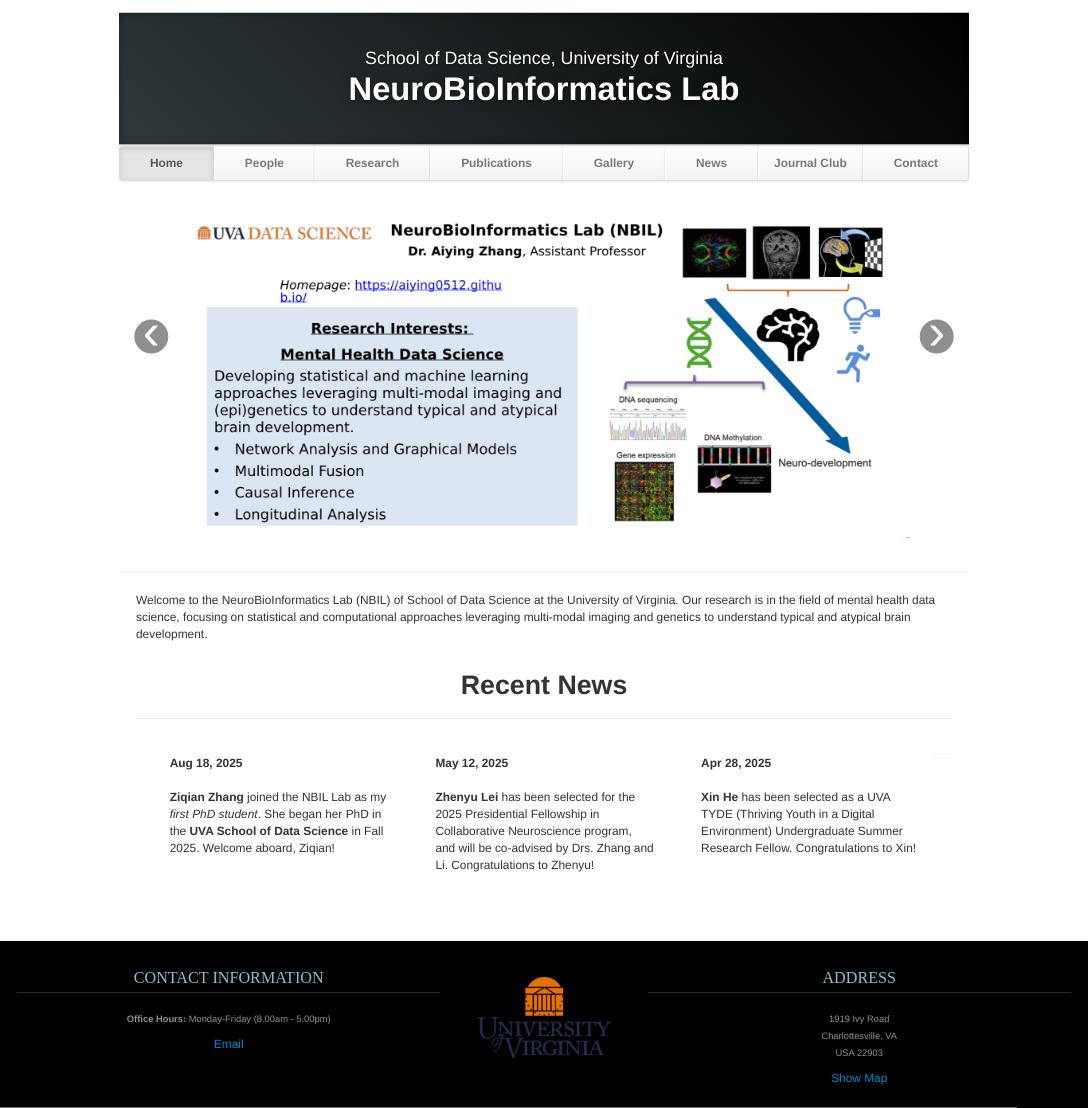
Repository: nbillab/nbillab.io
Page: index.html
The author's editor kept a copy of each file at every save. The page is drawn from the files as they stood at one save, then again after the next save.
The browser window is 1280 px wide. The pictures show the whole page, at 85% of full size.

Above is the page before, as saved 2025-09-01 12:51:55.

### index.html
<!DOCTYPE html>
<html lang="en">
   <head>
      <meta charset="utf-8">
      <title>NeuroBioInformatics Lab</title>
      <meta name="viewport" content="width=device-width, initial-scale=1.0">
      <meta name="description" content="Research Lab, Home, Velit Aliquet Sagittis University">
      <meta name="author" content="">
      <!-- Le styles -->
      <link href="css/bootstrap.min.css" rel="stylesheet">
      <link href="css/bootstrap-responsive.min.css" rel="stylesheet">
      <link href="css/theme.css" rel="stylesheet">
   </head>
   <body>
      <div class="container">
         <header class="jumbotron subhead" id="overview">
            <p class="lead"> School of Data Science, University of Virginia </p>
            <h1>NeuroBioInformatics Lab</h1>
         </header>
         <div class="masthead">
            <div class="navbar">
               <div class="navbar-inner">
                  <div class="container">
                     <ul class="nav">
                        <li class="active"><a href="#">Home</a></li>
                        <li><a href="people.html">People</a></li>
                        <li><a href="research.html">Research</a></li>
                        <li><a href="publications.html">Publications</a></li>
                        <li><a href="gallery.html">Gallery</a></li>
                        <li><a href="news.html">News</a></li>
                        <li><a href="journalclub.html">Journal Club</a></li>
                        <li><a href="contact.html">Contact</a></li>
                     </ul>
                  </div>
               </div>
            </div>
         </div>
         <div class="row-fluid">
            <div class="span12">
               <div id="main-carousel" class="carousel slide">
                  <div class="carousel-inner">
                     <div class="item active">
                        <img src="images/lab_intro.png" class="carousel-image" alt="Lab Introduction" style="width: 100%; max-height: 400px; object-fit: contain;">
                     </div>
                     <div class="item">
                        <img src="images/IBrain_GNN.png" class="carousel-image" alt="Lab Gathering" style="width: 100%; max-height: 400px; object-fit: contain;">
                     </div>
                  </div>
                  <a class="left carousel-control" href="#main-carousel" data-slide="prev">‹</a>
                  <a class="right carousel-control" href="#main-carousel" data-slide="next">›</a>
               </div>
            </div>
         </div>
         <hr>
         <div class="container-fluid">
            <div class="row-fluid marketing">
               <div class="span12">
                  <p>
   Welcome to the NeuroBioInformatics Lab (NBIL) of School of Data Science at the University of Virginia.
   Our research is in the field of mental health data science, focusing on statistical and computational
   approaches leveraging multi-modal imaging and genetics to understand typical and atypical brain development.
                  </p>
                  <br/>
               </div>
               <div class="row-fluid">
                  <hr>
                  <h2 class="centered">Recent News</h2>
                  <hr>
               </div>
               <div class="span4 feature-item">
                  <h5><span class="date">Aug 18, 2025</span></h5>
                  <p><strong>Ziqian Zhang</strong> joined the NBIL Lab as my <em>first PhD student</em>. She began her PhD in the <strong>UVA School of Data Science</strong> in Fall 2025. Welcome aboard, Ziqian!</p>
                  <br/>
               </div>
               <div class="span4 feature-item">
                  <h5><span class="date">May 12, 2025</span></h5>
                  <p><strong>Zhenyu Lei</strong> has been selected for the 2025 Presidential Fellowship in Collaborative Neuroscience program, and will be co-advised by Drs. Zhang and Li. Congratulations to Zhenyu!</p>
                  <br/>
               </div>
               <div class="span4 feature-item">
                  <h5><span class="date">Apr 28, 2025</span></h5>
                  <p><strong>Xin He</strong> has been selected as a UVA TYDE (Thriving Youth in a Digital Environment) Undergraduate Summer Research Fellow. Congratulations to Xin!</p>
                  <br/>
               </div>

               <hr>
            </div>
            <div class="row-fluid">
               <!-- Additional news items can be added here if needed -->
            </div>
         </div>
      </div>
      <footer id="footer">
         <div class="container-fluid">
            <div class="row-fluid">
               <div class="span5">
                  <h3>Contact Information</h3>
                  <p><b>Office Hours: </b>Monday-Friday (8.00am - 5.00pm)</p>
                  <a href="mailto:xsa5db@virginia.edu">Email</a>
               </div>
               <div class="span2">
                  <a href="https://datascience.virginia.edu/"><img src = "images/UVA.png" alt="research-lab-logo"/></a>
               </div>
               <div class="span5">
                  <h3>Address</h3>
                  <p>1919 Ivy Road<br>
                     Charlottesville, VA<br>
                     USA 22903
                  </p>
                  <a href="http://maps.google.com/">Show Map</a>
               </div>
            </div>
         </div>
      </footer>

      <!-- Javascript files -->
      <script src="js/jquery-1.9.1.min.js"></script>
      <script src="js/bootstrap.min.js"></script>
   </body>
</html>

### css/theme.css
body {
	padding-top: 15px;
	padding-bottom: 0px;
}


/* Custom container */

.container {
	margin: 0 auto;
	max-width: 1000px;
}

.container>hr {
	margin: 20px 0
}


/* Customize the navbar links to be fill the entire space of the .navbar */

.navbar .navbar-inner {
	padding: 0
}

.navbar .nav {
	margin: 0;
	display: table;
	width: 100%;
}

.navbar .nav li {
	display: table-cell;
	width: 1%;
	float: none;
}

.navbar .nav li a {
	font-weight: bold;
	text-align: center;
	border-left: 1px solid rgba(255, 255, 255, .75);
	border-right: 1px solid rgba(0, 0, 0, .1);
}

.navbar .nav li:first-child a {
	border-left: 0;
	border-radius: 3px 0 0 3px;
}

.navbar .nav li:last-child a {
	border-right: 0;
	border-radius: 0 3px 3px 0;
}

body>.navbar {
	font-size: 13px
}


/* Change the docs' brand */

body>.navbar .brand {
	padding-right: 0;
	padding-left: 0;
	margin-left: 20px;
	float: right;
	font-weight: bold;
	color: #000;
	text-shadow: 0 1px 0 rgba(255, 255, 255, .1), 0 0 30px rgba(255, 255, 255, .125);
	-webkit-transition: all .2s linear;
	-moz-transition: all .2s linear;
	transition: all .2s linear;
}

body>.navbar .brand:hover {
	text-decoration: none;
	text-shadow: 0 1px 0 rgba(255, 255, 255, .1), 0 0 30px rgba(255, 255, 255, .4);
}


/* Sidenav for Docs
         -------------------------------------------------- */

@media screen and (max-width: 768px) {
	.bs-docs-sidenav {
		display: none !important;
	}
}

.bs-docs-sidenav {
	width: 228px;
	margin: 30px 0 0;
	padding: 0;
	background-color: #fff;
	-webkit-border-radius: 6px;
	-moz-border-radius: 6px;
	border-radius: 6px;
	-webkit-box-shadow: 0 1px 4px rgba(0, 0, 0, .065);
	-moz-box-shadow: 0 1px 4px rgba(0, 0, 0, .065);
	box-shadow: 0 1px 4px rgba(0, 0, 0, .065);
}

.bs-docs-sidenav>li>a {
	display: block;
	width: 200px;
	margin: 0 0 -1px;
	padding: 8px 14px;
	border: 1px solid #e5e5e5;
}

.bs-docs-sidenav>li>a.subhead {
	display: block;
	width: 168px;
	margin: 0 0 -1px;
	padding: 8px 30px;
	border: 1px solid #e5e5e5;
	font-size: 12px;
}

.bs-docs-sidenav>li:first-child>a {
	-webkit-border-radius: 6px 6px 0 0;
	-moz-border-radius: 6px 6px 0 0;
	border-radius: 6px 6px 0 0;
}

.bs-docs-sidenav>li:last-child>a {
	-webkit-border-radius: 0 0 6px 6px;
	-moz-border-radius: 0 0 6px 6px;
	border-radius: 0 0 6px 6px;
}

.bs-docs-sidenav>.active>a {
	position: relative;
	z-index: 2;
	padding: 9px 15px;
	border: 0;
	text-shadow: 0 1px 0 rgba(0, 0, 0, .15);
	-webkit-box-shadow: inset 1px 0 0 rgba(0, 0, 0, .1), inset -1px 0 0 rgba(0, 0, 0, .1);
	-moz-box-shadow: inset 1px 0 0 rgba(0, 0, 0, .1), inset -1px 0 0 rgba(0, 0, 0, .1);
	box-shadow: inset 1px 0 0 rgba(0, 0, 0, .1), inset -1px 0 0 rgba(0, 0, 0, .1);
}

.bs-docs-sidenav>li>a:hover {
	background-color: #f5f5f5
}

.bs-docs-sidenav a:hover .icon-chevron-right {
	opacity: .5
}

.bs-docs-sidenav.affix {
	top: 10px
}

.bs-docs-sidenav.affix-bottom {
	position: absolute;
	top: auto;
	bottom: 270px;
}


/* Responsive
         -------------------------------------------------- */

.affix {
	top: 0px
}

#media {
	margin-top: 70px
}

#media .header {
	margin-left: 0;
	margin-bottom: 56px;
	margin-top: 30px;
}

#media .post_row {
	margin-left: 0;
	margin-bottom: 40px;
}

#media .lastpost_row {
	margin-bottom: 0
}

#media .post_row .post {
	background: #fff;
	/*margin-left: 0;;
    margin-right: 20px;*/
	border-radius: 4px;
	box-shadow: 1px 1px 2px 0px #E0E0E0;
	width: 487px;
	height: 616px;
}

#media .post_row .last {
	margin-right: 0
}

#media .post_row .post .img {
	position: relative;
	text-align: center;
}

#media .post_row .post .img .date {
	background: #E8554E;
	position: absolute;
	padding: 2px 5px;
	top: 0;
	left: 11px;
}

#media .post_row .post .img .date p {
	color: #fff;
	font-size: 14px;
	font-weight: bold;
	font-style: italic;
	margin: 0;
}

#media .post_row .post .img img {
	height: 275px;
	width: 410px;
}

#media .post_row .post .text {
	margin: 18px auto 0;
	width: 83%;
}

#media .post_row .post .text h5 {
	margin: 0 0 8px 0;
	font-size: 20px;
	line-height: 23px;
}

#media .post_row .post .text h5 a {
	color: #333
}

#media .post_row .post .text span.date {
	color: #9F9F9F;
	display: block;
	margin-bottom: 12px;
	font-style: italic;
	font-size: 13px;
}

#media .post_row .post .text p {
	margin: 0;
	line-height: 21px;
	font-size: 14px;
}

#media .post_row .post .author_box {
	margin: 12px auto 20px;
	border-top: 1px solid #EDEDED;
	overflow: hidden;
	text-align: left;
	width: 85%;
	padding-top: 12px;
}

#media .post_row .post .author_box h6 {
	margin: 0 0 3px 0;
	font-size: 13px;
	line-height: 15px;
	font-style: italic;
	font-weight: normal;
	color: #B2B2B2;
}

#media .post_row .post .author_box p {
	color: #B2B2B2;
	font-style: italic;
	font-size: 13px;
	line-height: 14px;
	margin: 0;
}

#media .post_row .post .author_box img {
	float: right
}

#media .post_row .post a.plus_wrapper {
	width: 99%;
	text-align: center;
	background: #fff;
	display: none;
	border-radius: 0px 0px 4px 4px;
	padding: 6px 0px 2px;
	margin: 0 auto 1px;
}

#media .post_row .post a.plus_wrapper span {
	color: #1189D9;
	font-size: 30px;
	font-weight: bold;
}

#media .post_row .post:hover a.plus_wrapper {
	display: block
}

#media .post_row .post:hover {
	box-shadow: 0px 1px 5px 1px rgb(216, 216, 216)
}

#media .post_row .post:hover .text h5 a {
	color: #1189D9
}

.map .box_wrapp {
	position: absolute;
	margin: 15px auto;
	box-shadow: 0 0 7px 0 rgba(26, 26, 26, 0.4);
	padding: 30px 0 30px;
	background: white;
	border-radius: 4px;
	margin-top: 25px;
}

.map .box_wrapp .box_cont {
	margin: 30px auto;
	width: 76%;
}

.section-header {
	text-align: center;
	margin-bottom: 35px;
}

.section-header h1,
.title-text {
	font-weight: bold;
	font-size: 30px;
	margin: 12.5px 0;
	font-weight: 100;
	margin-bottom: 25px;
	line-height: 55px;
}

.feature-item:hover {
	box-shadow: 0px 1px 5px 1px rgb(216, 216, 216)
}

.feature-item img {
	margin-left: 15px;
	margin-right: 15px;
	max-width: 90%;
	height: 200px;
}

.feature-item h5 {
	margin-left: 15px;
	margin-right: 15px;
	margin-top: 20px;
	margin-bottom: 20px;
}

.feature-item p {
	margin-left: 15px;
	margin-right: 15px;
}

.feature-heading {
	margin-top: 20px;
	margin-bottom: 20px;
	margin-left: 15px;
	margin-right: 15px;
}

.feature-heading a:hover {
	text-decoration: none;
}

.feature-button {
	font-size: 16px;
	background-image: none;
	box-shadow: none;
	margin-bottom: 10px;
}

.centered {
	text-align: center;
}

.subhead {
	text-align: left;
	border-bottom: 1px solid #ddd;
}

.jumbotron {
	position: relative;
	padding: 45px 0px 35px 0px;
	color: #fff;
	text-align: center;
	text-shadow: 0 1px 3px rgba(0, 0, 0, .4), 0 0 30px rgba(0, 0, 0, .075);
	background: #30393C;
	background: -moz-linear-gradient(45deg, #30393C 0%, #000000 100%);
	background: -webkit-gradient(linear, left bottom, right top, color-stop(0%, #30393C), color-stop(100%, #30393C));
	background: -webkit-linear-gradient(45deg, #30393C 0%, #000000 100%);
	background: -o-linear-gradient(45deg, #30393C 0%, #000000 100%);
	background: -ms-linear-gradient(45deg, #30393C 0%, #000000 100%);
	background: linear-gradient(45deg, #30393C 0%, #000000 100%) repeat;
	-webkit-box-shadow: inset 0 3px 7px rgba(0, 0, 0, .2), inset 0 -3px 7px rgba(0, 0, 0, .2);
	-moz-box-shadow: inset 0 3px 7px rgba(0, 0, 0, .2), inset 0 -3px 7px rgba(0, 0, 0, .2);
	box-shadow: inset 0 3px 7px rgba(0, 0, 0, .2), inset 0 -3px 7px rgba(0, 0, 0, .2);
}

.jumbotron:after {
	content: '';
	display: block;
	position: absolute;
	top: 0;
	right: 0;
	bottom: 0;
	left: 0;
	opacity: .4;
}

.lead {
	margin-bottom: 0px;
	font-size: 21px;
	font-weight: 200;
	line-height: 15px;
}

img.float-left {
	float: left;
	margin-top: 9px;
	margin-left: 0px;
	margin-right: 30px;
	margin-bottom: 12px;
}

img.float-right {
	float: right;
	margin-top: 9px;
	margin-right: 0px;
	margin-bottom: 12px;
	margin-left: 30px;
}

img.publications-thumb {
	width: 142px;
	height: 188px;
}

.caption {
	margin: 10px;
}

.responsive-video {
	position: relative;
	padding-bottom: 56.25%;
	padding-top: 60px;
	overflow: hidden;
}

.responsive-video iframe,
.responsive-video object,
.responsive-video embed {
	position: absolute;
	top: 0;
	left: 0;
	width: 93.5%;
	height: 93.5%;
}

.video-caption {
	margin: 10px;
}

.accordion {
	margin-bottom: 20px;
	margin-right: 40px;
}

.thumbnail>img.sponsor {
	width: 212px;
	height: 150px;
}

img.carousel-image {
	width: 100%;
}

li.publication {
	margin-bottom: 20px;
}

.page-header h3 a:hover {
	text-decoration: none;
}

iframe.map-frame {
	border: none;
	overflow: hidden;
	margin-top: 10px;
	margin-bottom: 10px;
	margin-left: 0px;
	margin-right: 0px;
	height: 550px;
	width: 100%;
}

ul.sponsors {
	margin-top: 40px;
	margin-bottom: 40px;
}

#footer {
	z-index: 10;
	margin-top: 50px;
	margin-bottom: 0px;
	padding-bottom: 25px;
	border-top-width: 8px;
	border-top-style: solid;
	border-top-color: #2F2F2F;
	background-color: #000000;
	border: 0;
	font-size: 100%;
	font: inherit;
	vertical-align: baseline;
	text-align: center;
}

#footer h3 {
	font-size: 19px;
	text-transform: uppercase;
	font-family: BebasNeueRegular;
	color: #8DBECE;
	border-bottom-width: 1px;
	border-bottom-style: solid;
	border-bottom-color: #30393C;
	line-height: 35px;
	margin-bottom: 20px;
	margin-top: 25px;
	font-weight: normal;
}

#footer a img {
	margin-top: 40px;
}

#footer p,
#footer address {
	color: #8F8F8F;
	font-size: 11px;
}

Loaded but not shown: css/bootstrap.min.css (library); css/bootstrap-responsive.min.css (library); js/jquery-1.9.1.min.js (library); js/bootstrap.min.js (library)

After the next save:
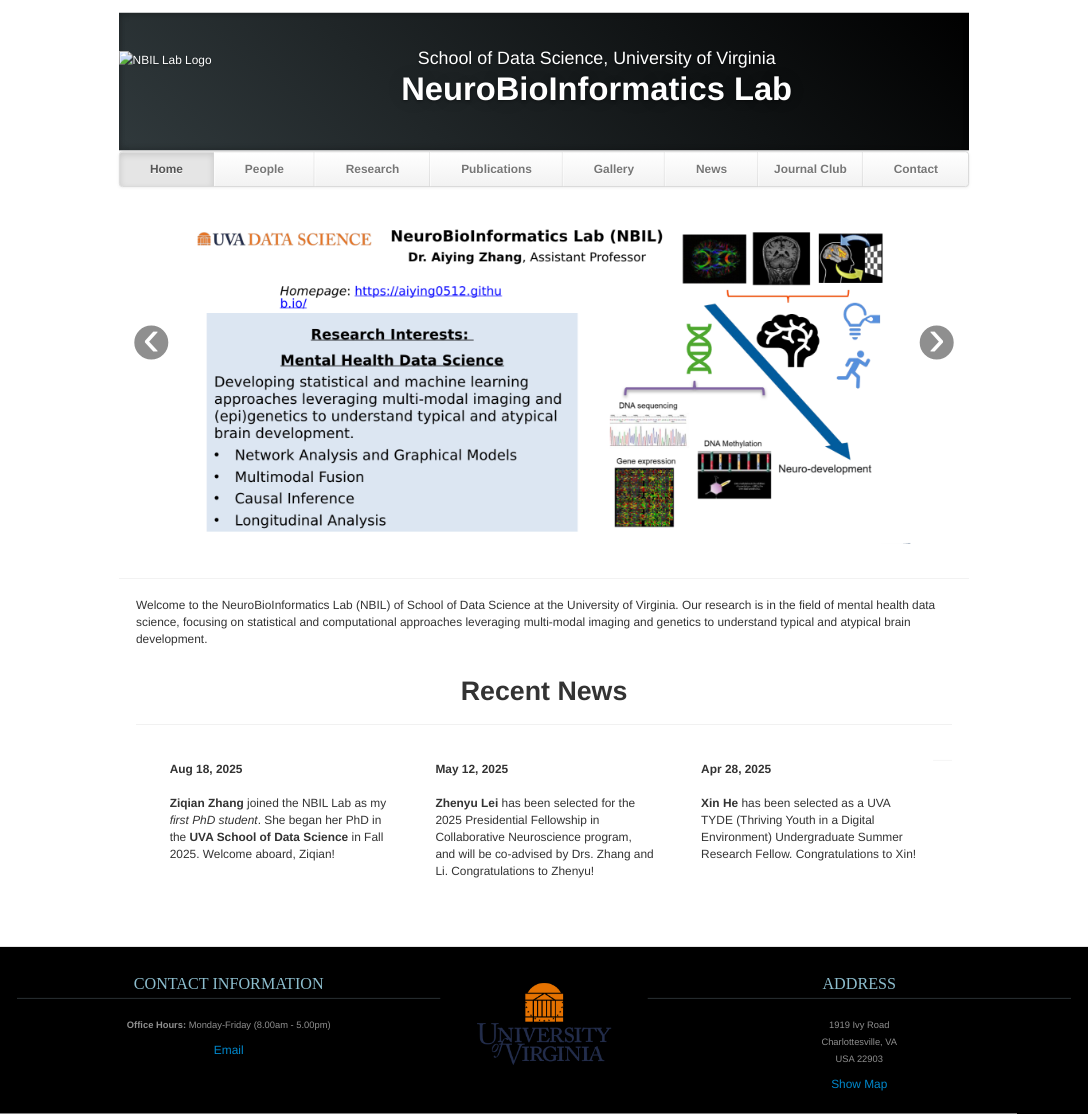
Not found: img/NBIL_logo.png
Saved 6 min 48 s later.
--- a/index.html
+++ b/index.html
@@ -13,9 +13,13 @@
    </head>
    <body>
       <div class="container">
-         <header class="jumbotron subhead" id="overview">
-            <p class="lead"> School of Data Science, University of Virginia </p>
-            <h1>NeuroBioInformatics Lab</h1>
+      <header class="jumbotron subhead" id="overview">
+         <img src="img/NBIL_logo.png"
+               alt="NBIL Lab Logo"
+               style="height:72px; float:left; margin:0 15px 10px 0;">
+         <p class="lead"> School of Data Science, University of Virginia </p>
+         <h1>NeuroBioInformatics Lab</h1>
+         <div style="clear:both;"></div>
          </header>
          <div class="masthead">
             <div class="navbar">

After the 2 saves that followed:
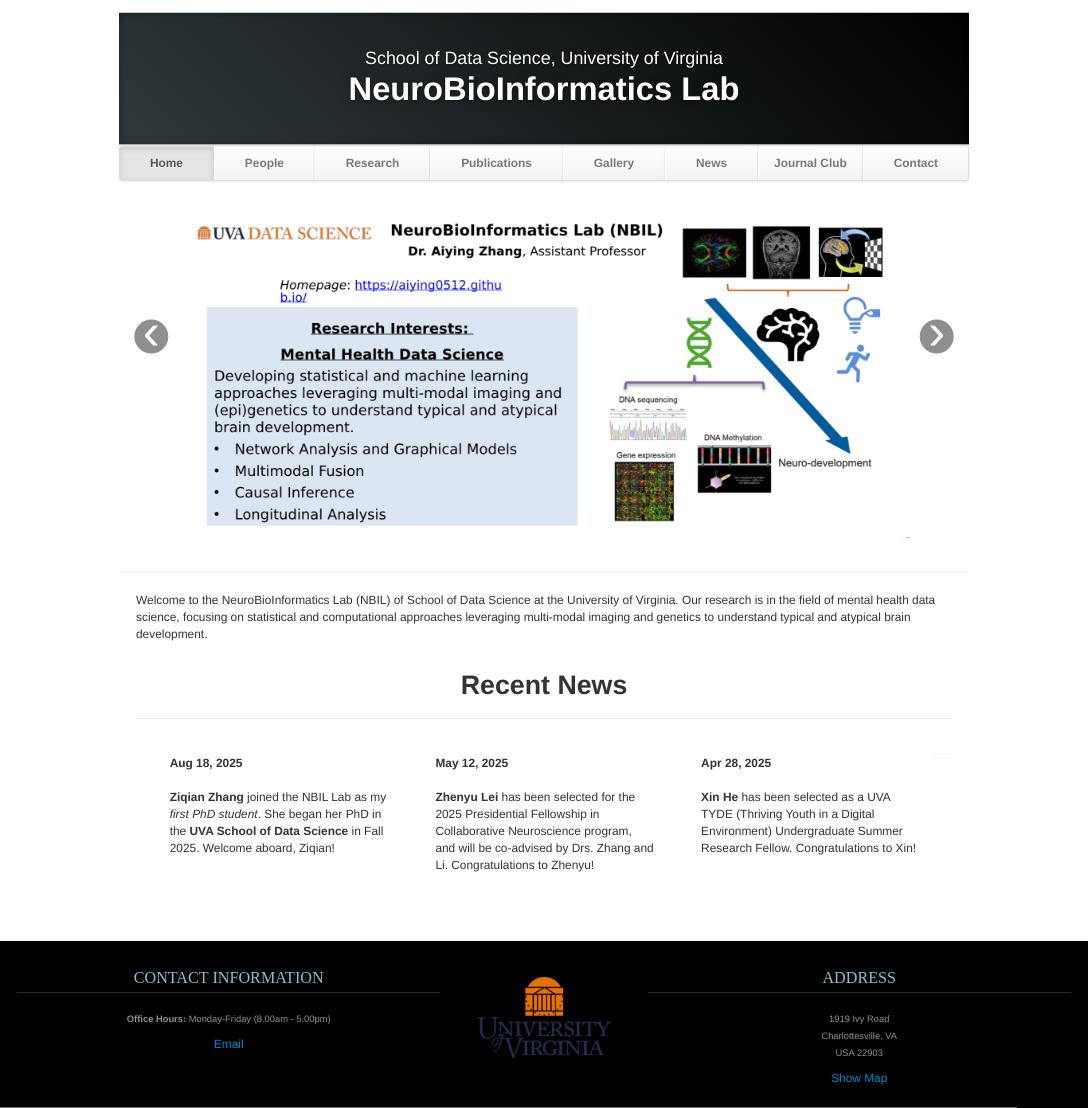
The 2 saves are shown as one change because 1 left the picture as it was.
The last was saved 53 s later.
--- a/index.html
+++ b/index.html
@@ -13,13 +13,9 @@
    </head>
    <body>
       <div class="container">
-      <header class="jumbotron subhead" id="overview">
-         <img src="img/NBIL_logo.png"
-               alt="NBIL Lab Logo"
-               style="height:72px; float:left; margin:0 15px 10px 0;">
-         <p class="lead"> School of Data Science, University of Virginia </p>
-         <h1>NeuroBioInformatics Lab</h1>
-         <div style="clear:both;"></div>
+         <header class="jumbotron subhead" id="overview">
+            <p class="lead"> School of Data Science, University of Virginia </p>
+            <h1>NeuroBioInformatics Lab</h1>
          </header>
          <div class="masthead">
             <div class="navbar">
